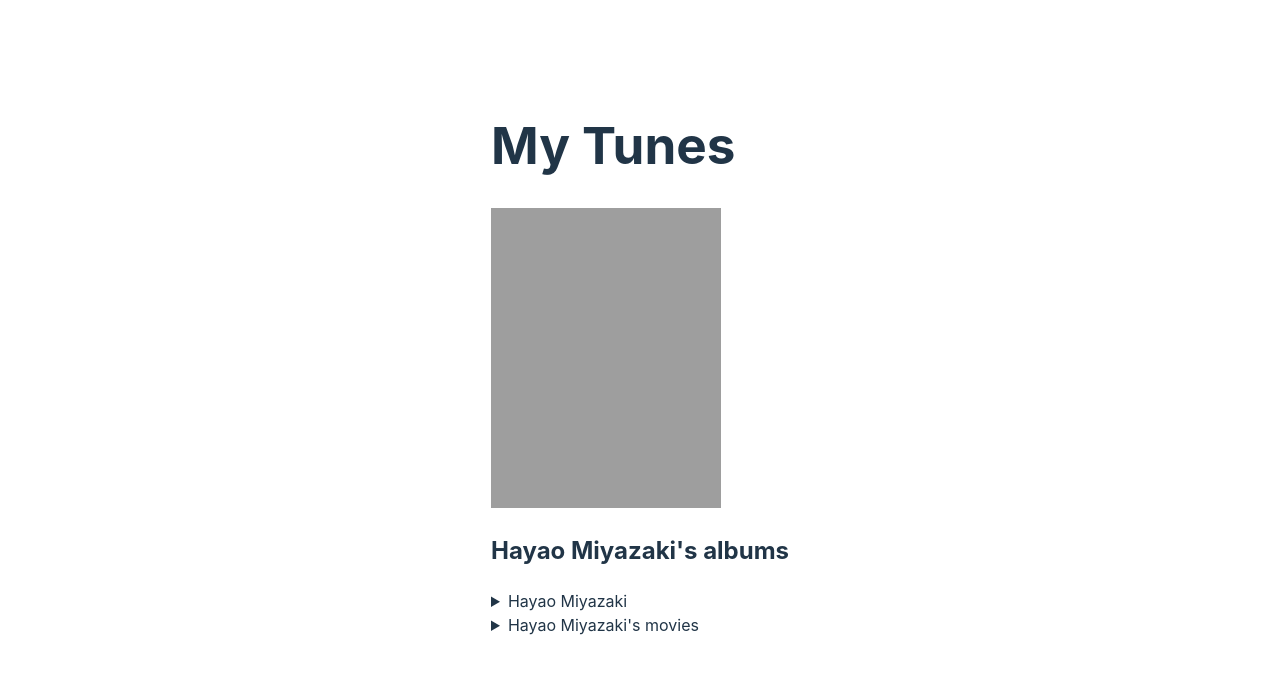
Repository: SamanthaYan298/my_app
Page: /
These files come from the project's save history. The page is drawn as it stood at one moment and after the next save; the edit follows.
The browser window is 1280 px wide. The pictures show the whole page.
Pictures or frames that could not be fetched are drawn as grey boxes. The project was rebuilt for these pictures with package versions that can differ from the ones it lists, and the page was loaded fresh each time. Also part of the build but not shown: vite.config.js.

Above is the page before, as saved 2024-09-12 15:57:49.

### src/App.jsx
import './App.css';

function App() {

  return (
    <>
      <div>
        <h1>My Tunes</h1>
        <div className='main-structure'>
          <img src="https://www.hollywoodreporter.com/wp-content/uploads/2013/09/hayao_miyazaki_-_h_-_2013.jpg?w=1024" alt="Hayao Miyazaki" height={300} width={230}/>
        </div>
        <div className='bio-container'>
          <h2>Hayao Miyazaki's albums</h2>
          <details className='categories'>
            <summary>Hayao Miyazaki</summary>
            <ol>
              <li>Japanese animator</li>
              <li>Filmmaker</li>
              <li>Manga artist</li>
              <li>A founder of Studio Ghibli</li>
              <li>Oscar awards: 89 wins & 62 nominations</li>
            </ol>
          </details>
          <details>
            <summary>Hayao Miyazaki's movies</summary>
            <ol>
              <li>Castle in the Sky</li>
              <li>Kiki's Delivery Service</li>
              <li>Howl's Moving Castle</li>
              <li>Princess Mononoke</li>
              <li>Spirited Away</li>
            </ol>
          </details>
        </div>
      </div>
    </>
  )
}

export default App

### src/App.css
#root {
  margin: 0 auto;
  padding: 1rem;
  text-align: left;
}

.main-structure {
  flex-direction: row;
}

.bio-container {
  flex-direction: column;
}

Loaded but not shown: index.html (common file); src/main.jsx (common file); src/index.css (common file)

After the next save:
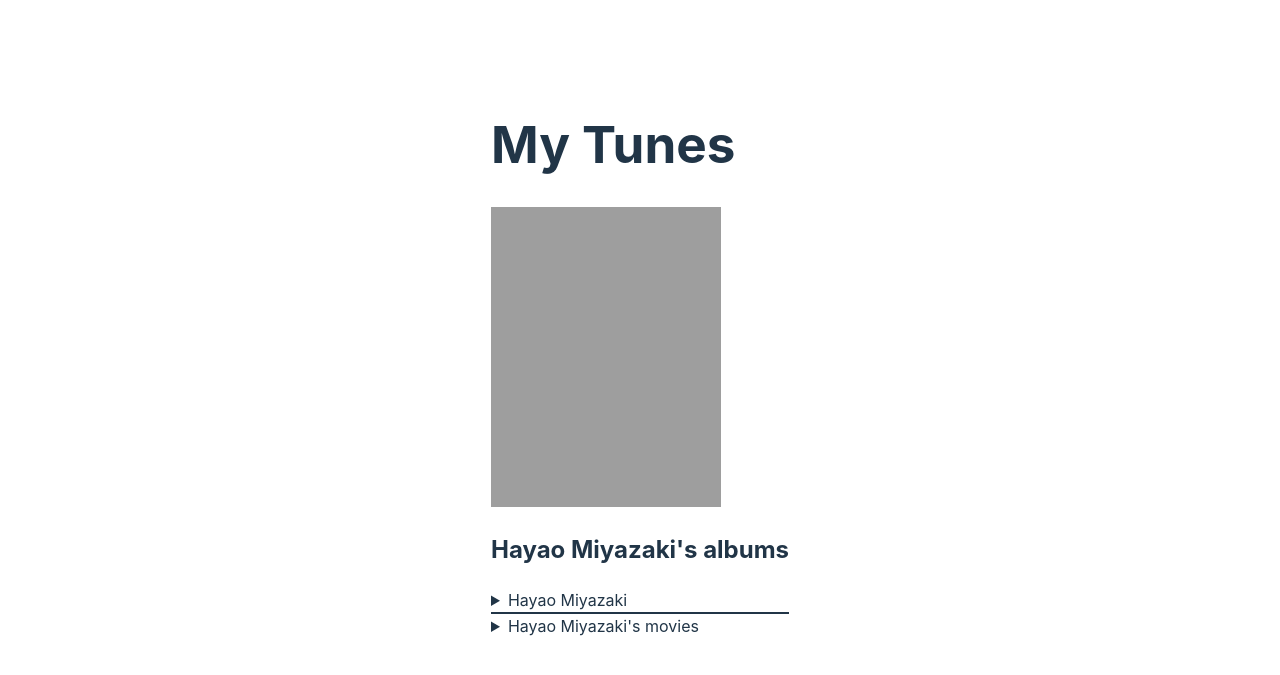
Saved 28 s later.
--- a/src/App.css
+++ b/src/App.css
@@ -11,3 +11,7 @@
 .bio-container {
   flex-direction: column;
 }
+
+.categories {
+  border-bottom: 2px solid;
+}
